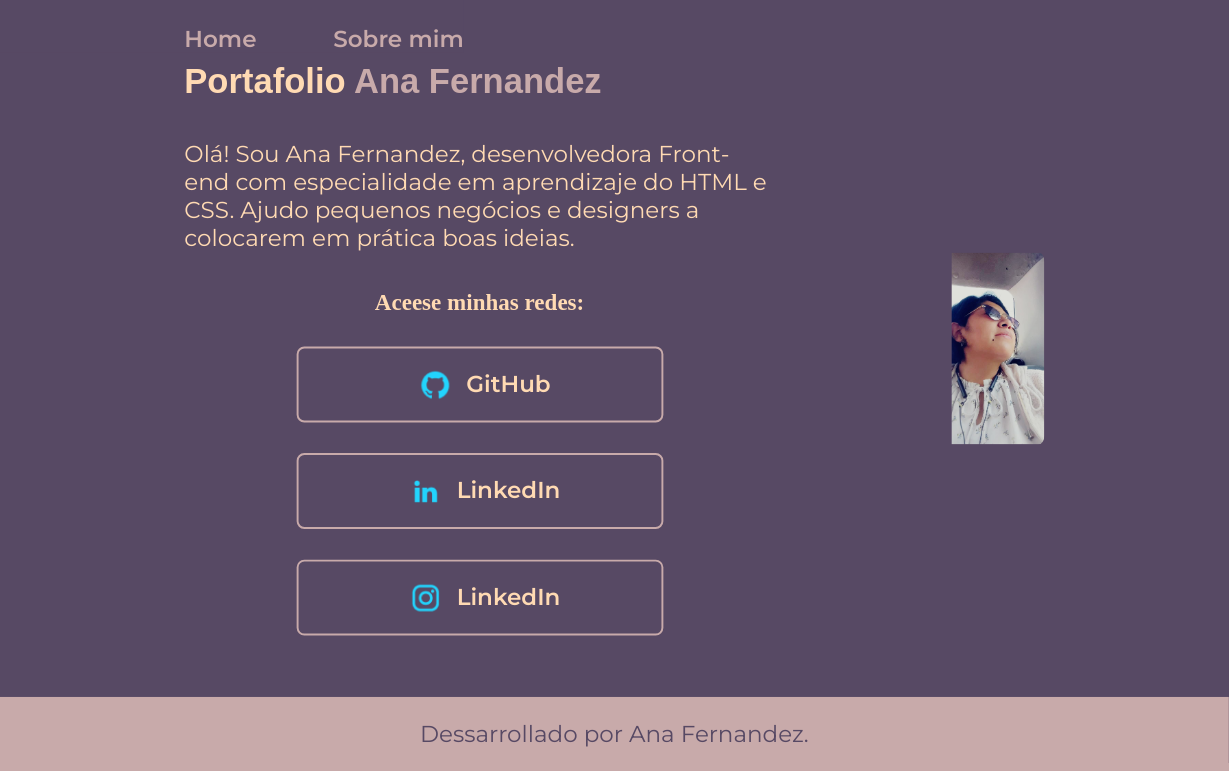
Repository: AnaFzCz/Portifolio-HTML-CSS-dinamico
Page: index.html
An editor plug-in stored every save of this project. The page is shown before and after the next save, followed by the edit.
The browser window is 1280 px wide. The pictures show the whole page, at 96% of full size.
Some web fonts or font styles are not loaded; a fallback is used.

Above is the page before, as saved 2025-02-10 23:05:08.

After the next save:
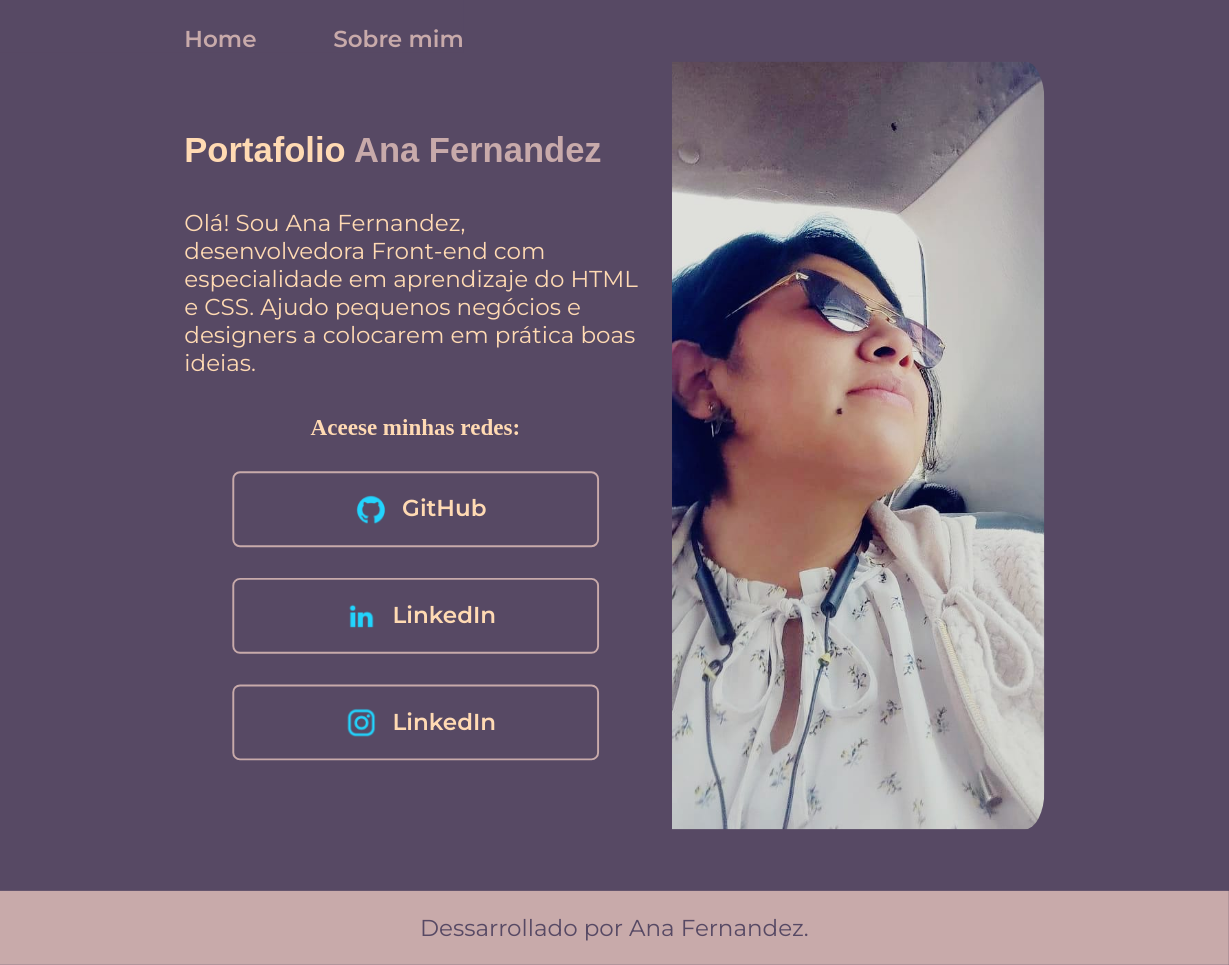
Saved 10 s later.
--- a/index.html
+++ b/index.html
@@ -41,7 +41,7 @@
             </div>
 
         </section>
-        <img src="/assets/Imagen-Ana.jpg" alt="Foto da Joana Santos programando" height="200" >
+        <img src="/assets/Imagen-Ana.jpg" alt="Foto da Joana Santos programando" height="800" >
     </main>
     <footer class="rodape">
         <p>
